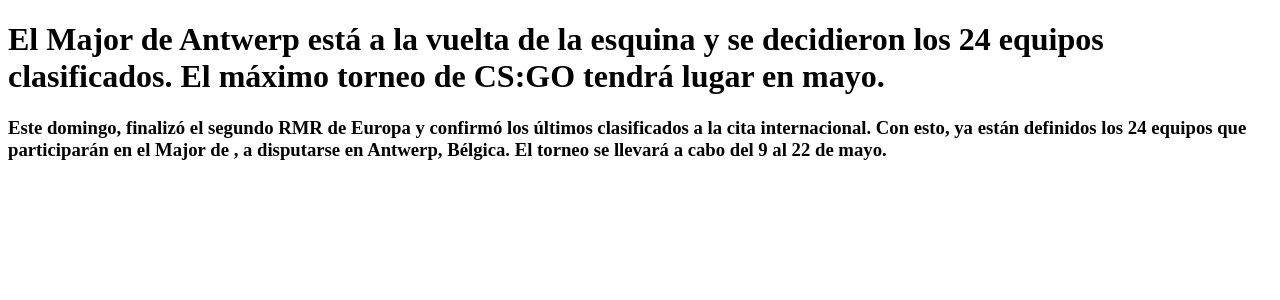
Repository: Larrowo/LPPA
Page: Clase 3/index.html
These files come from the project's save history. The page is drawn as it stood at one moment and after the next save; the edit follows.
The browser window is 1280 px wide. The pictures show the whole page.

Above is the page before, as saved 2022-04-26 13:40:47.

After the next save:
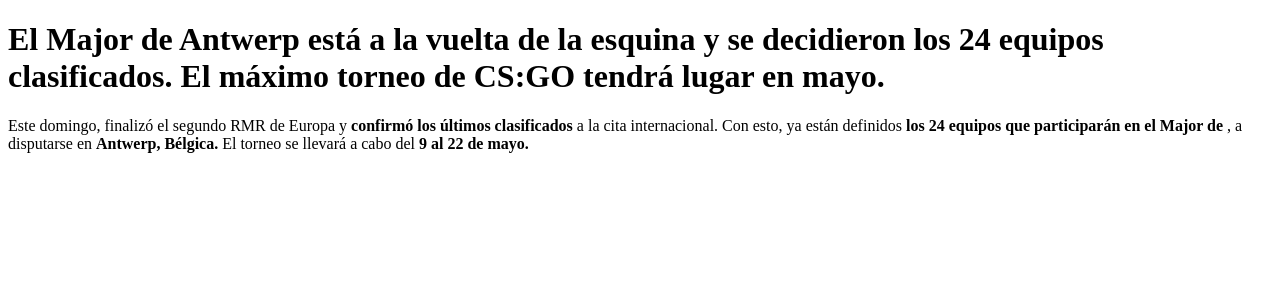
Saved 10 s later.
--- a/Clase 3/index.html
+++ b/Clase 3/index.html
@@ -21,7 +21,7 @@
         </div>
       </div>
       <div class="cuerpoNoticia">
-        <h3>
+        <p>
           Este domingo, finalizó el segundo RMR de Europa y
           <strong>confirmó los últimos clasificados</strong> a la cita
           internacional. Con esto, ya están definidos
@@ -32,7 +32,7 @@
             ></a></strong
           >, a disputarse en <strong>Antwerp, Bélgica.</strong> El torneo se
           llevará a cabo del <strong>9 al 22 de mayo.</strong>
-        </h3>
+        </p>
       </div>
     </main>
   </body>
